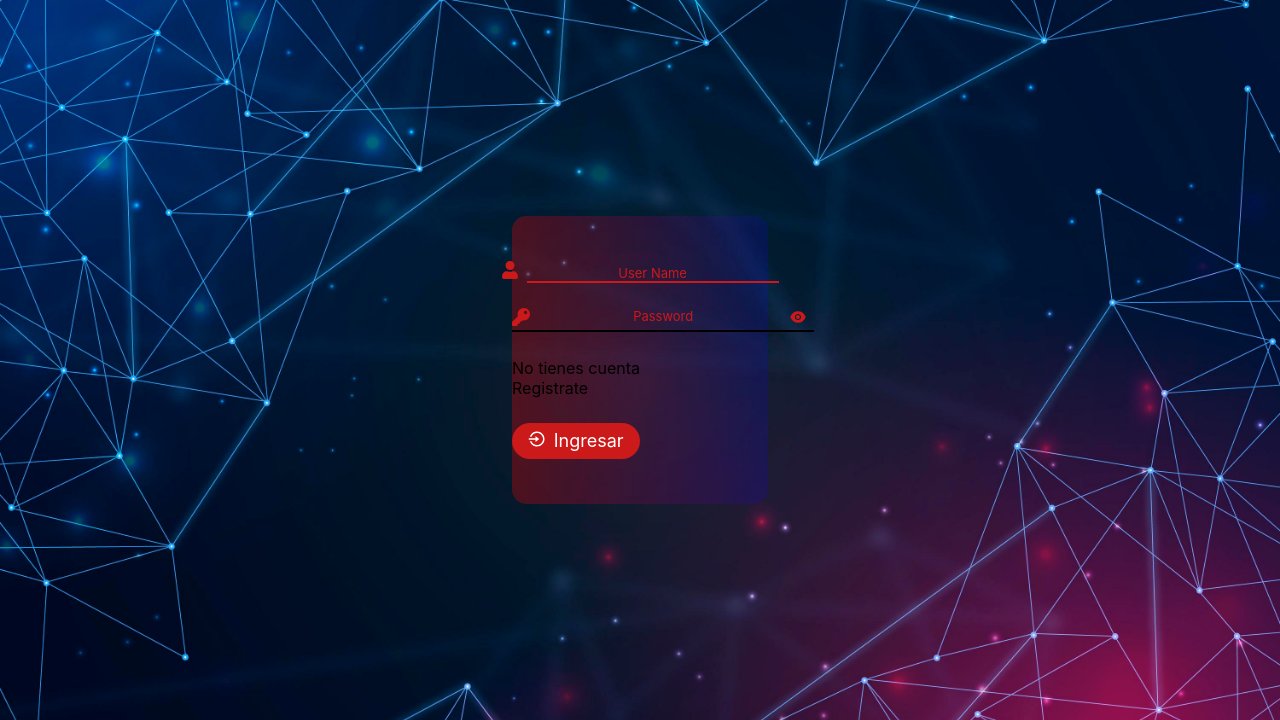
Repository: Davic1o/FrontendMunicipio
Page: /
These files come from the project's save history. The page is drawn as it stood at one moment and after the next save; the edit follows.
The browser window is 1280 px wide. The pictures show the whole page.
The project was rebuilt for these pictures with package versions that can differ from the ones it lists, and the page was loaded fresh each time.

Above is the page before, as saved 2024-02-21 18:39:14.

After the next save:
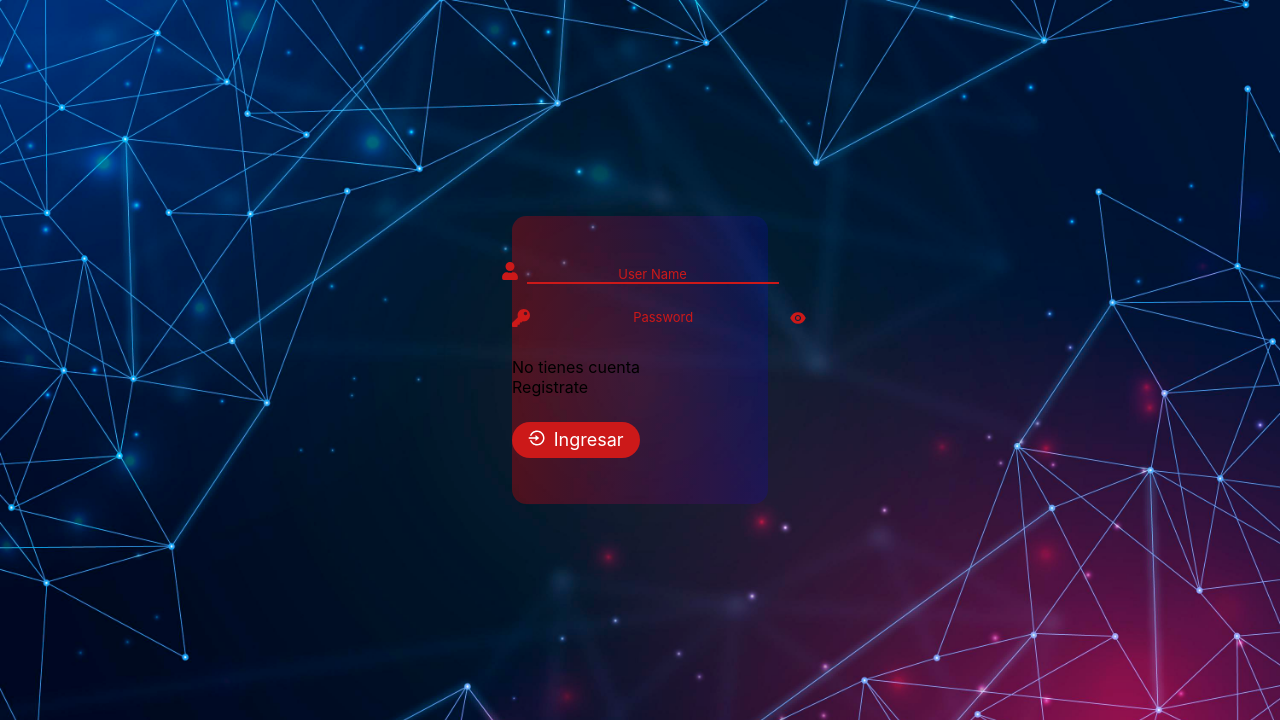
Saved 30 s later.
--- a/src/components/inputs/inputPass.css
+++ b/src/components/inputs/inputPass.css
@@ -13,7 +13,7 @@
     display: flex;
     justify-content: flex-start;
     align-items: flex-start;
-    border-bottom: 2px solid;
+
 }
 .icono__inputPass, .vista__inputPass{
     color: var(--color-primario);
